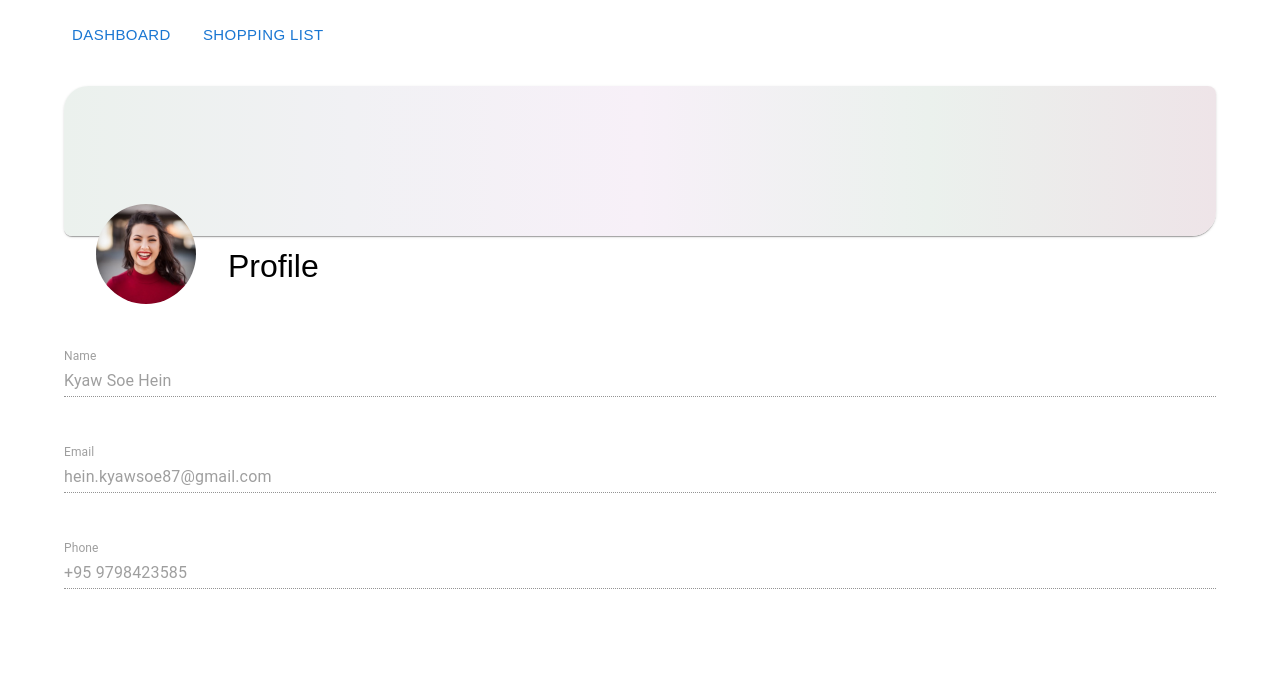
Repository: KyawSoeHein/GoogleAuthReact
Page: /
These files come from the project's save history. The page is drawn as it stood at one moment and after the next save; the edit follows.
The browser window is 1280 px wide. The pictures show the whole page.
The project was rebuilt for these pictures with package versions that can differ from the ones it lists, and the page was loaded fresh each time.

Above is the page before, as saved 2022-02-14 20:20:56.

After the next save:
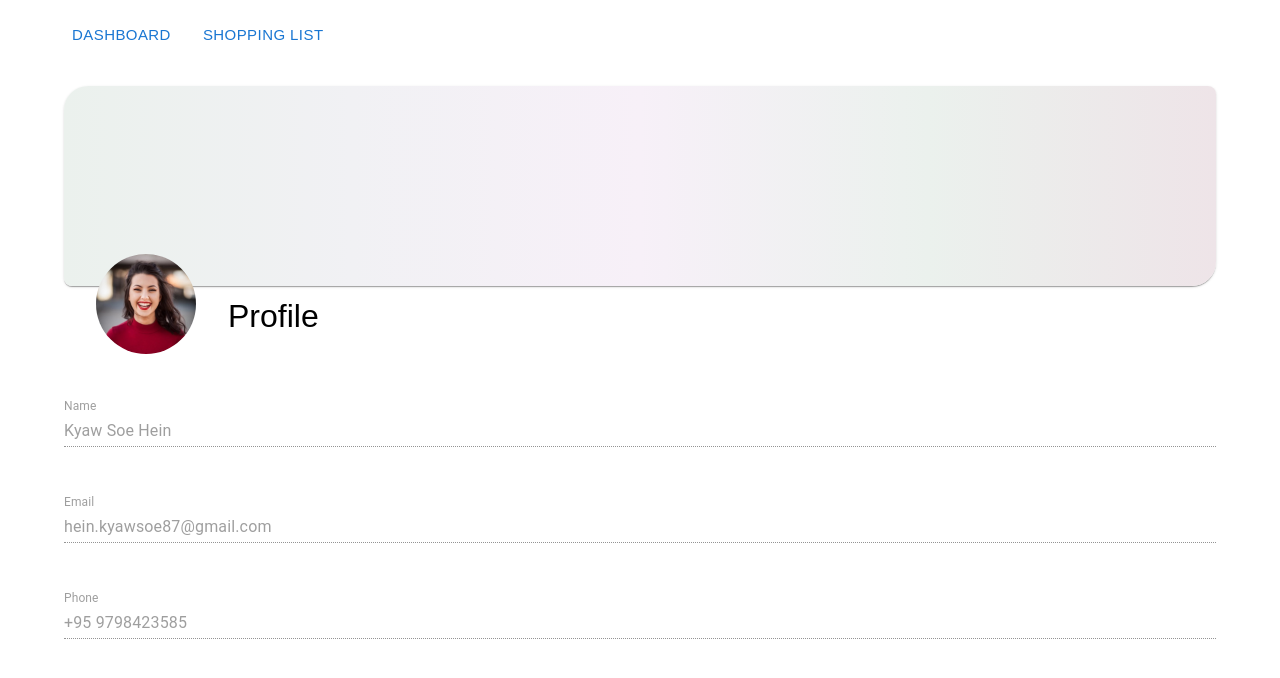
Saved 32 s later.
--- a/src/Components/CoverAndProfilePhoto.tsx
+++ b/src/Components/CoverAndProfilePhoto.tsx
@@ -9,7 +9,7 @@ const CoverAndProfilePhoto = () => {
       <Paper
         elevation={1}
         sx={{
-          height: 150,
+          height: 200,
           borderTopRightRadius: 8,
           borderTopLeftRadius: 24,
           borderBottomLeftRadius: 8,
